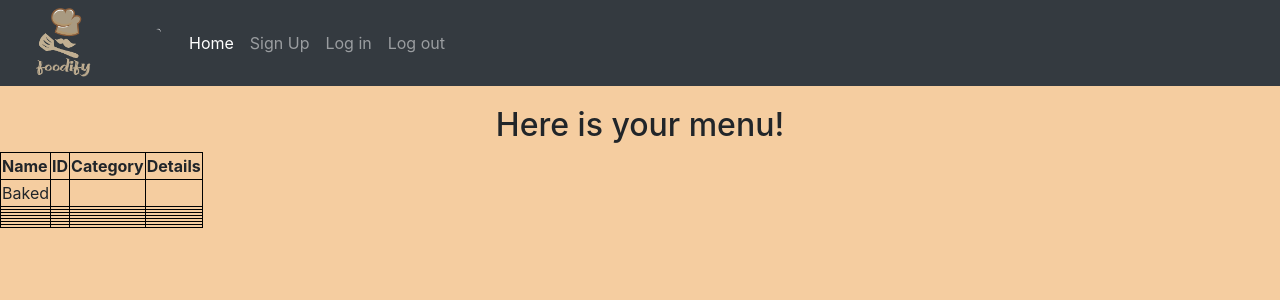
Repository: RanaHisham18/Foodify-Web-App
Page: Project IA raghda/usermenu.html
These files come from the project's save history. The page is drawn as it stood at one moment and after a run of saves; the edit follows.
The browser window is 1280 px wide. The pictures show the whole page.

Above is the page before, as saved 2022-01-06 18:26:31.

After the next 2 saves:
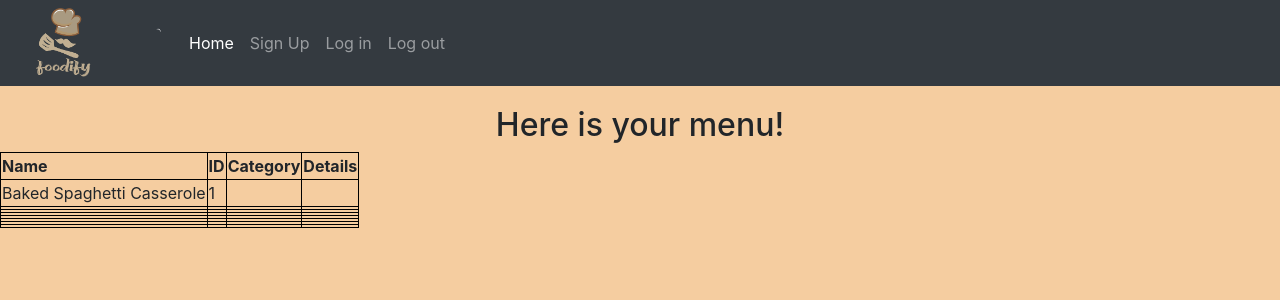
The 2 saves are shown as one change because they came seconds apart.
The last was saved 10 s later.
--- a/Project IA raghda/usermenu.html
+++ b/Project IA raghda/usermenu.html
@@ -50,8 +50,8 @@
 </tr>
 
 <tr>
-    <td> Baked </td>
-    <td></td>
+    <td> Baked Spaghetti Casserole</td>
+    <td>1</td>
     <td></td>
     <td></td>
 </tr>
